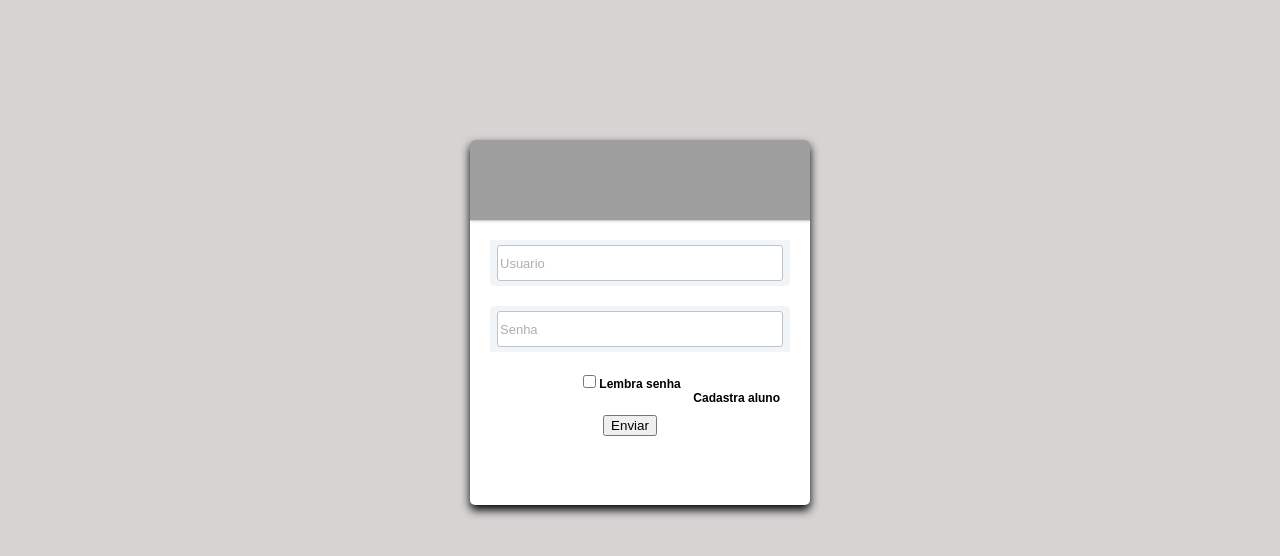
Repository: luisjonson/ProjetoWebAcademia
Page: http://localhost/RepositorioWebProject/Login.jsp
An editor plug-in stored every save of this project. The page is shown before and after the next save, followed by the edit.
The browser window is 1280 px wide. The pictures show the whole page.
Pictures or frames that could not be fetched are drawn as grey boxes. The page is served by Tomcat 9. Other server files are loaded and not shown.

Above is the page before, as saved 2017-04-10 02:08:24.

### Projeto_Web/RepositorioWebProject/WebContent/Login.jsp
<%@ page language="java" contentType="text/html; charset=utf-8"
	pageEncoding="ISO-8859-1"%>
<!DOCTYPE
 html PUBLIC "-//W3C//DTD HTML 4.01 Transitional//EN" "http://www.w3.org/TR/html4/loose.dtd">
<html>
<head>

</head>

<title>Login</title>

<style type="text/css" >

body {
	background-color: #D6D3D3;
}

#login-box {
	background-color: #ECECEC;
	width: 340px;
	height: 365px;
	margin: 140px auto 0px;
	border-radius: 5px;

}

#login-box-interno {
	width: 340px;
	height: 365px;
	background-color:white;
	position: absolute;
	border-radius: 5px;
	box-shadow: 0px 5px 10px black;
	overflow: hidden;
}

#login-box-label {
	background-color:#D6D3D3;
	height:80px;
	text-align:center;
    font:bold 12px/12px sans-serif;
    border-top-left-radius:5px;
    border-top-right-radius:5px;
    border-bottom:1px solid #cccccc;
    box-shadow:1px 0px 3px #ccc4c5;
}

#imagens{
	max-width: 800px;
}

.input-div{

	margin: 20px;
	padding: 5px;
   background-color:#f2f5f7;

	border-radius: 3px;
}

.input-div input{

	width: 280px;
	height: 32px;
	padding-left: 2px;
	font: normal 13px sans-serif;
	color: #aeaeae;
	border-radius: 3px;
	border: 1px solid #bfc4c6;
    outline:none;
}

.input-div:hover{
	background-color: #8C8C8A;
}

.input-div:hover input{
	border-color: #797B79
}
.input-senha{
  margin-top:-10px;
  }

  #botoes{
    width:300px;
    margin-left:10px;
  }

 /* #botao{
    float:right;
    background-color:;
    padding:5px 15px;
    font:bold 12px sans-serif;
    border-radius:20px;
    text-shadow:0px 1px 0px white;
    border:1px solid #9eb9c3;
  }
  */
  #CadastraAluno{
    font:bold 12px sans-serif;
     float:right;
     margin-left: right;
  }

</style>
<body>
	<div id="login-box">

		<div id="login-box-interno">

			<div id="login-box-label">

				<div id=imagens><img alt="Smart Fit" src="C:\Users\nano\workspace\ProjetoWebAcademia\Projeto_Web\RepositorioWebProject\WebContent\Imagem\Smart.png" width="340" height="80"/></div>

				<div class="input-div" id="input-usuario">
					<input type="text" value="Usuario">
				</div>

				<div class="input-div" id="input-senha">
					<input type="text" value="Senha">
				</div>

                <div id="botoes">

                  <div id="lembra-senha"><input type="checkbox"/>Lembra senha</div>
                  <div id="CadastraAluno">Cadastra aluno</div><br><br>
                    <div id="botao" ><input type="submit" name="enviar" value="Enviar"></div>
                  </div>

              </div>
         </div>
	</div>




</body>
</html>

After the next save:
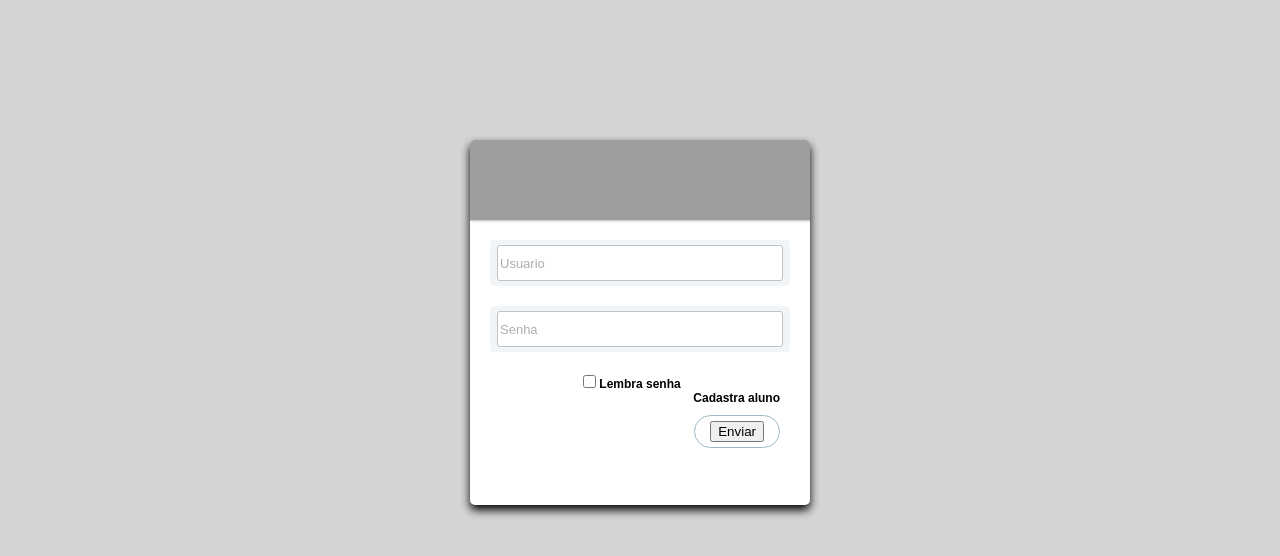
Saved 37 s later.
--- a/Projeto_Web/RepositorioWebProject/WebContent/Login.jsp
+++ b/Projeto_Web/RepositorioWebProject/WebContent/Login.jsp
@@ -86,7 +86,7 @@ body {
     margin-left:10px;
   }
 
- /* #botao{
+  #botao{
     float:right;
     background-color:;
     padding:5px 15px;
@@ -95,7 +95,7 @@ body {
     text-shadow:0px 1px 0px white;
     border:1px solid #9eb9c3;
   }
-  */
+
   #CadastraAluno{
     font:bold 12px sans-serif;
      float:right;
